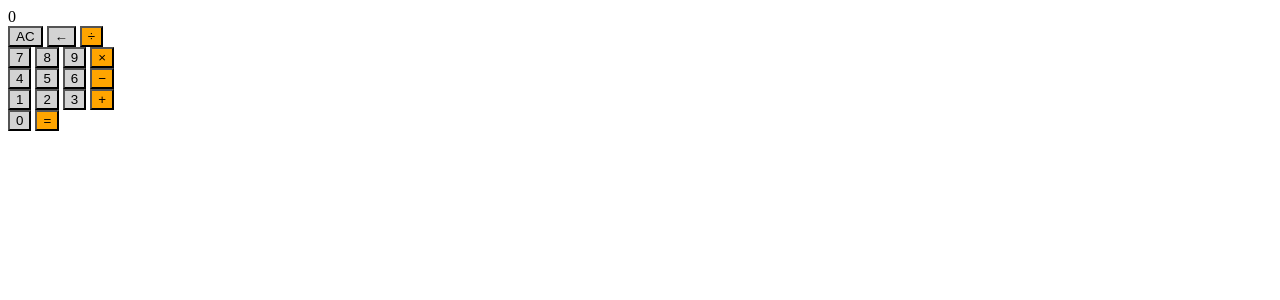
Repository: KaylaDamons/LAB-calculator
Page: index.html
These files come from the project's save history. The page is drawn as it stood at one moment and after the next save; the edit follows.
The browser window is 1280 px wide. The pictures show the whole page.

Above is the page before, as saved 2024-01-13 18:31:06.

After the next save:
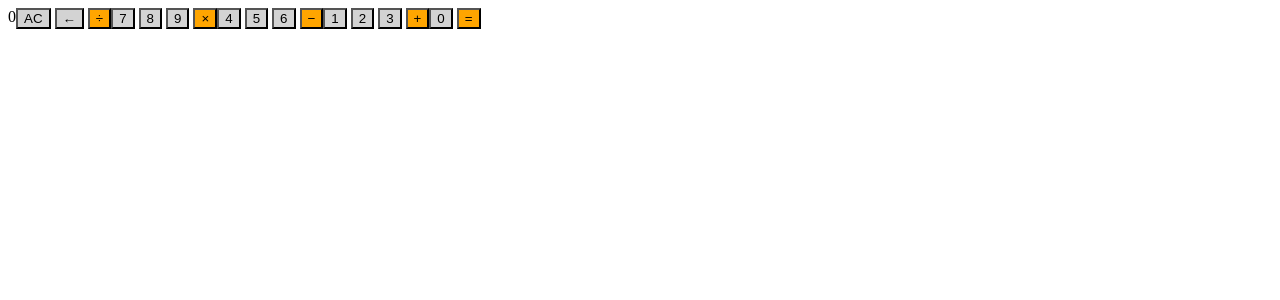
Saved 50 s later.
--- a/main.css
+++ b/main.css
@@ -1,5 +1,7 @@
 
-
+ .wrapper {
+  display: flex;
+ }
 
 
 .sumbar {

After the save that followed:
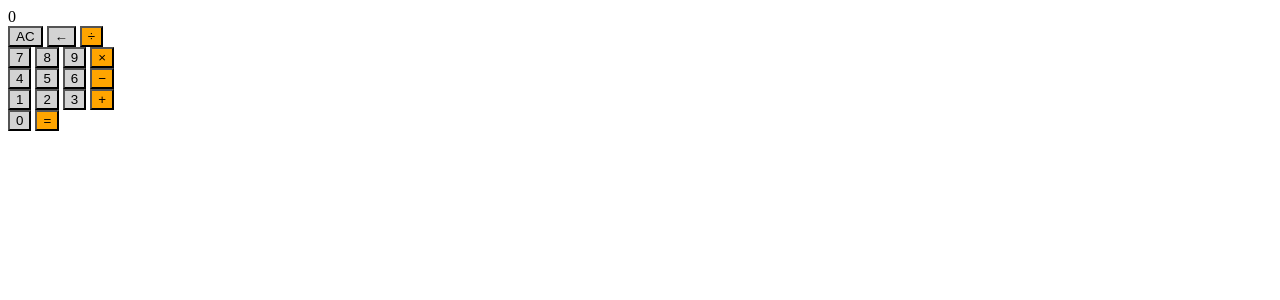
Saved 39 s later.
--- a/main.css
+++ b/main.css
@@ -1,7 +1,5 @@
 
- .wrapper {
-  display: flex;
- }
+
 
 
 .sumbar {
